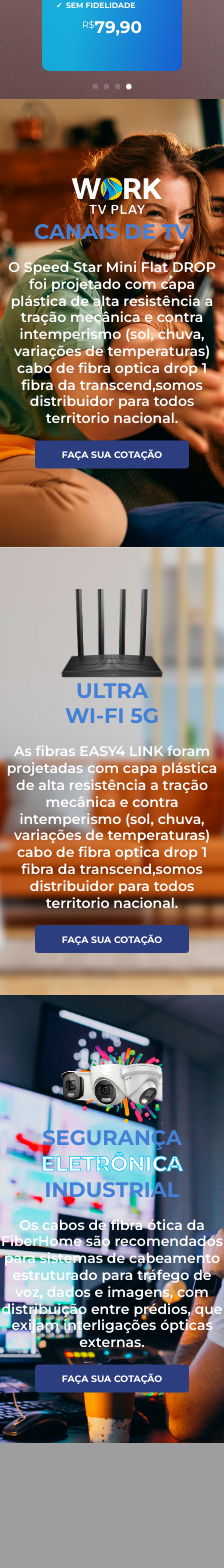
Repository: mateus-henrique-silva/WorkBandaLarga
Page: site_work/src/Pages/campos.html
These files come from the project's save history. The page is drawn as it stood at one moment and after a run of saves; the edit follows.
The browser window is 320 px wide. The pictures show the part of the page from y = 1189 to 3429 px (the page is 4803 px tall), at 70% of full size.
Pictures or frames that could not be fetched are drawn as grey boxes. Backgrounds fixed to the window are drawn as part of the page. Some web fonts or font styles are not loaded; a fallback is used.

Above is the page before, as saved 2022-09-20 10:33:10.

After the next 5 saves:
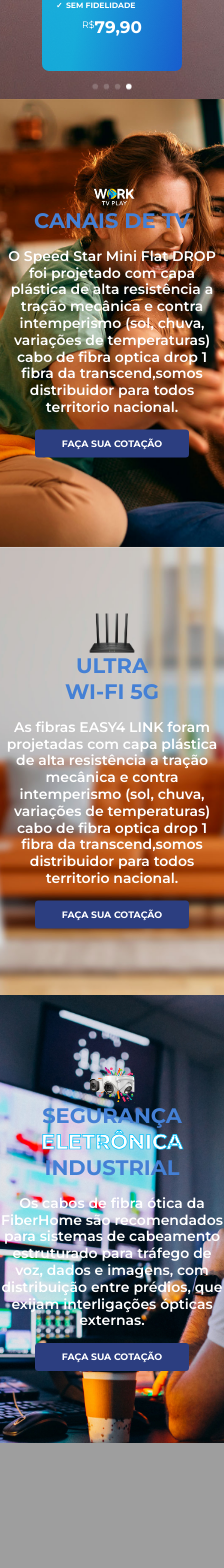
The 5 saves are shown as one change because they came seconds apart.
The last was saved 23 s later.
--- a/site_work/src/CSS/Main/textMobile/style.css
+++ b/site_work/src/CSS/Main/textMobile/style.css
@@ -65,5 +65,7 @@
 
 
 @media(max-width:320px){
-
+  #workplay{
+    width: 20%;
+  }
 }
